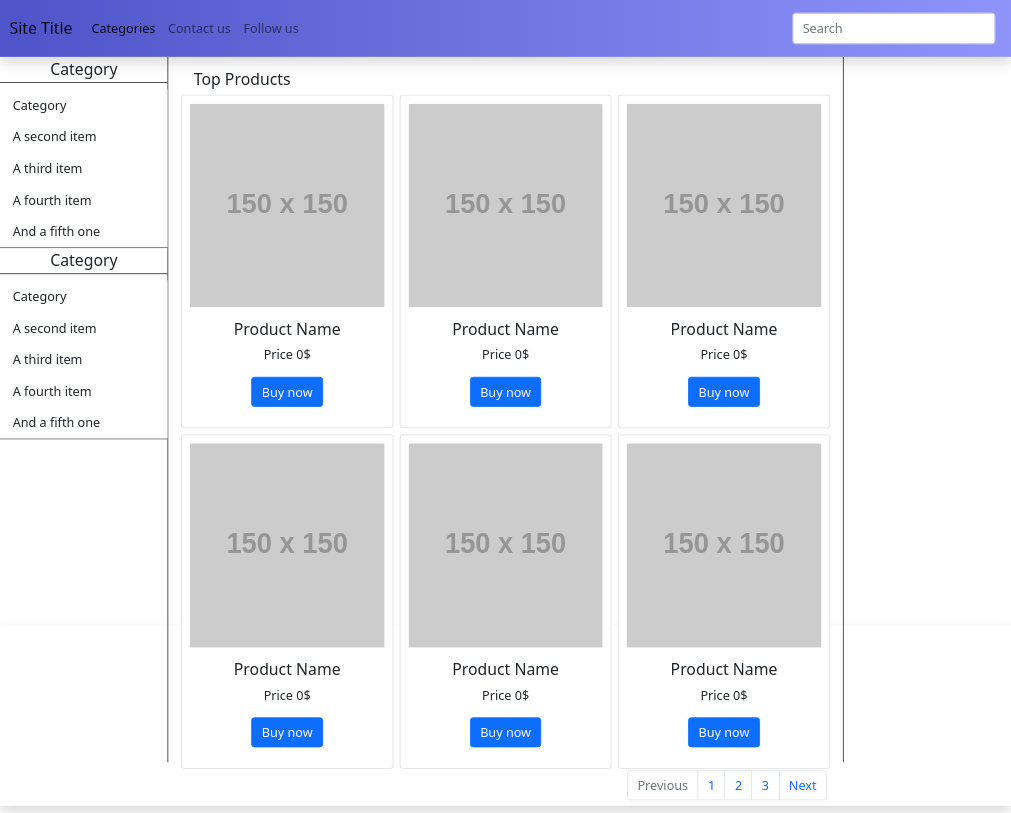
Repository: ttranhhoang/layoutBS
Page: layoutBS1/index.html
These files come from the project's save history. The page is drawn as it stood at one moment and after a run of saves; the edit follows.
The browser window is 1280 px wide. The pictures show the whole page, at 79% of full size.

Above is the page before, as saved 2022-04-24 22:53:55.

### layoutBS1/index.html
<!DOCTYPE html>
<html lang="en">
  <head>
    <meta charset="UTF-8" />
    <meta http-equiv="X-UA-Compatible" content="IE=edge" />
    <meta name="viewport" content="width=device-width, initial-scale=1.0" />
    <title>Layout BS</title>
    <link
      href="https://cdn.jsdelivr.net/npm/bootstrap@5.1.3/dist/css/bootstrap.min.css"
      rel="stylesheet"
      integrity="sha384-1BmE4kWBq78iYhFldvKuhfTAU6auU8tT94WrHftjDbrCEXSU1oBoqyl2QvZ6jIW3"
      crossorigin="anonymous"
    />
    <link rel="stylesheet" href="index.css" />
  </head>
  <body>
    <header class="header">
      <nav class="navbar navbar-expand-lg fixed-top shadow navbar-light">
        <div class="container-fluid">
          <a class="navbar-brand" href="#">Site Title</a>
          <button
            class="navbar-toggler"
            type="button"
            data-bs-toggle="offcanvas"
            data-bs-target="#navbarOffcanvasLg"
            aria-controls="navbarOffcanvasLg"
            aria-expanded="false"
            aria-label="Toggle navigation"
          >
            <span class="navbar-toggler-icon"></span>
          </button>

          <div
            class="offcanvas offcanvas-end"
            tabindex="-1"
            id="navbarOffcanvasLg"
            aria-labelledby="navbarOffcanvasLgLabel"
          >
            <div class="offcanvas-header">
              <h5 class="offcanvas-title" id="offcanvasNavbarLabel">
                Offcanvas
              </h5>
              <button
                type="button"
                class="btn-close text-reset"
                data-bs-dismiss="offcanvas"
                aria-label="Close"
              ></button>
            </div>
            <div class="offcanvas-body">
              <ul class="navbar-nav justify-content-start flex-grow-1 pe-3">
                <li class="nav-item">
                  <a class="nav-link active" aria-current="page" href="#"
                    >Categories</a
                  >
                </li>
                <li class="nav-item">
                  <a class="nav-link" href="#">Contact us</a>
                </li>
                <li class="nav-item">
                  <a class="nav-link" href="#">Follow us</a>
                </li>
              </ul>
              <form class="d-flex">
                <input
                  class="form-control me-2"
                  type="search"
                  placeholder="Search"
                  aria-label="Search"
                />
              </form>
            </div>
          </div>
        </div>
      </nav>
    </header>

    <div class="main">
      <div class="row h-100 g-0">
        <div class="col-md-2 text-center border-1 border-end border-dark">
          <h5 class="text-center text p-1 border-bottom border-1 border-dark">
            Category
          </h5>
          <ul
            class="list-group list-group-flush text-start border-bottom border-dark"
          >
            <li class="list-group-item border-0">Category</li>
            <li class="list-group-item border-0">A second item</li>
            <li class="list-group-item border-0">A third item</li>
            <li class="list-group-item border-0">A fourth item</li>
            <li class="list-group-item border-0">And a fifth one</li>
          </ul>

          <h5 class="text-center text p-1 border-bottom border-1 border-dark">
            Category
          </h5>
          <ul
            class="list-group list-group-flush text-start border-bottom border-dark"
          >
            <li class="list-group-item border-0">Category</li>
            <li class="list-group-item border-0">A second item</li>
            <li class="list-group-item border-0">A third item</li>
            <li class="list-group-item border-0">A fourth item</li>
            <li class="list-group-item border-0">And a fifth one</li>
          </ul>
        </div>
        <div class="col-md-8 p-3 text-center position-relative">
          <h5 class="text-start text-dark ps-3">Top Products</h5>
          <div class="row row-cols-1 row-cols-md-3 g-2 h-100">
            <div class="col">
              <div class="card h-100">
                <img
                  src="https://via.placeholder.com/150"
                  class="card-img-top h-75"
                  alt="..."
                />
                <div class="card-body">
                  <h5 class="card-title">Product Name</h5>
                  <p class="card-text">Price 0$</p>
                  <a href="#" class="btn btn-primary">Buy now</a>
                </div>
              </div>
            </div>

            <div class="col">
              <div class="card h-100">
                <img
                  src="https://via.placeholder.com/150"
                  class="card-img-top h-75"
                  alt="..."
                />
                <div class="card-body">
                  <h5 class="card-title">Product Name</h5>
                  <p class="card-text">Price 0$</p>
                  <a href="#" class="btn btn-primary">Buy now</a>
                </div>
              </div>
            </div>

            <div class="col">
              <div class="card h-100">
                <img
                  src="https://via.placeholder.com/150"
                  class="card-img-top h-75"
                  alt="..."
                />
                <div class="card-body">
                  <h5 class="card-title">Product Name</h5>
                  <p class="card-text">Price 0$</p>
                  <a href="#" class="btn btn-primary">Buy now</a>
                </div>
              </div>
            </div>

            <div class="col">
              <div class="card h-100">
                <img
                  src="https://via.placeholder.com/150"
                  class="card-img-top h-75"
                  alt="..."
                />
                <div class="card-body">
                  <h5 class="card-title">Product Name</h5>
                  <p class="card-text">Price 0$</p>
                  <a href="#" class="btn btn-primary">Buy now</a>
                </div>
              </div>
            </div>
            <div class="col">
              <div class="card h-100">
                <img
                  src="https://via.placeholder.com/150"
                  class="card-img-top h-75"
                  alt="..."
                />
                <div class="card-body">
                  <h5 class="card-title">Product Name</h5>
                  <p class="card-text">Price 0$</p>
                  <a href="#" class="btn btn-primary">Buy now</a>
                </div>
              </div>
            </div>
            <div class="col">
              <div class="card h-100">
                <img
                  src="https://via.placeholder.com/150"
                  class="card-img-top h-75"
                  alt="..."
                />
                <div class="card-body">
                  <h5 class="card-title">Product Name</h5>
                  <p class="card-text">Price 0$</p>
                  <a href="#" class="btn btn-primary">Buy now</a>
                </div>
              </div>
            </div>
            <div class="position-absolute bottom right">
              <nav aria-label="Page navigation example ">
                <ul class="pagination justify-content-end">
                  <li class="page-item disabled">
                    <a
                      class="page-link"
                      href="#"
                      tabindex="-1"
                      aria-disabled="true"
                      >Previous</a
                    >
                  </li>
                  <li class="page-item">
                    <a class="page-link" href="#">1</a>
                  </li>
                  <li class="page-item">
                    <a class="page-link" href="#">2</a>
                  </li>
                  <li class="page-item">
                    <a class="page-link" href="#">3</a>
                  </li>
                  <li class="page-item">
                    <a class="page-link" href="#">Next</a>
                  </li>
                </ul>
              </nav>
            </div>
          </div>
        </div>

        <div class="col-md-2 text-center border-1 border-start border-dark"></div>
      </div>
    </div>

    <footer class="footer bg-white shadow align-self-end py-3 px-xl-5 w-100">
      <div class="container-fluid py-5">
        <div class="row h-0 d-flex flex-column">
          <p class="text-center text-capitalize">footer infomation...</p>
          <div class="text-mutted text-center">
            <a class="text-capitalize">Link 1 |</a>
            <a class="text-capitalize">Link 2 |</a>
            <a class="text-capitalize">Link 3</a>
          </div>
        </div>
      </div>
    </footer>

    <script
      src="https://cdn.jsdelivr.net/npm/bootstrap@5.1.3/dist/js/bootstrap.bundle.min.js"
      integrity="sha384-ka7Sk0Gln4gmtz2MlQnikT1wXgYsOg+OMhuP+IlRH9sENBO0LRn5q+8nbTov4+1p"
      crossorigin="anonymous"
    ></script>
  </body>
</html>

### layoutBS1/index.css
*,
*::after,
*::before {
  box-sizing: border-box;
}
/* custom */
button.navbar-toggler:focus {
  box-shadow: none;
}
button[type="button"],
button[type="submit"],
button[class^="btn"]:focus {
  box-shadow: none;
}
button[class*="btn-outline"]:active:focus {
  box-shadow: none;
}

/* styles ui */
body {
  padding-top: 72px;
}
.main {
  height: 100vh;
}
nav.navbar {
  background: #4e54c8; /* fallback for old browsers */
  background: -webkit-linear-gradient(
    to left,
    #8f94fb,
    #4e54c8
  ); /* Chrome 10-25, Safari 5.1-6 */
  background: linear-gradient(
    to left,
    #8f94fb,
    #4e54c8
  ); /* W3C, IE 10+/ Edge, Firefox 16+, Chrome 26+, Opera 12+, Safari 7+ */
}
.navbar {
  padding-top: 1rem;
  padding-bottom: 1rem;
}
.navbar-light .navbar-toggler {
  border: none;
}
div.row {
  height: 100px;
}
.row .col div.card {
  padding: 10px;
}
.bottom {
  bottom: -4em;
}
.right {
  right: 1em;
}
.main {

}

After the next 4 saves:
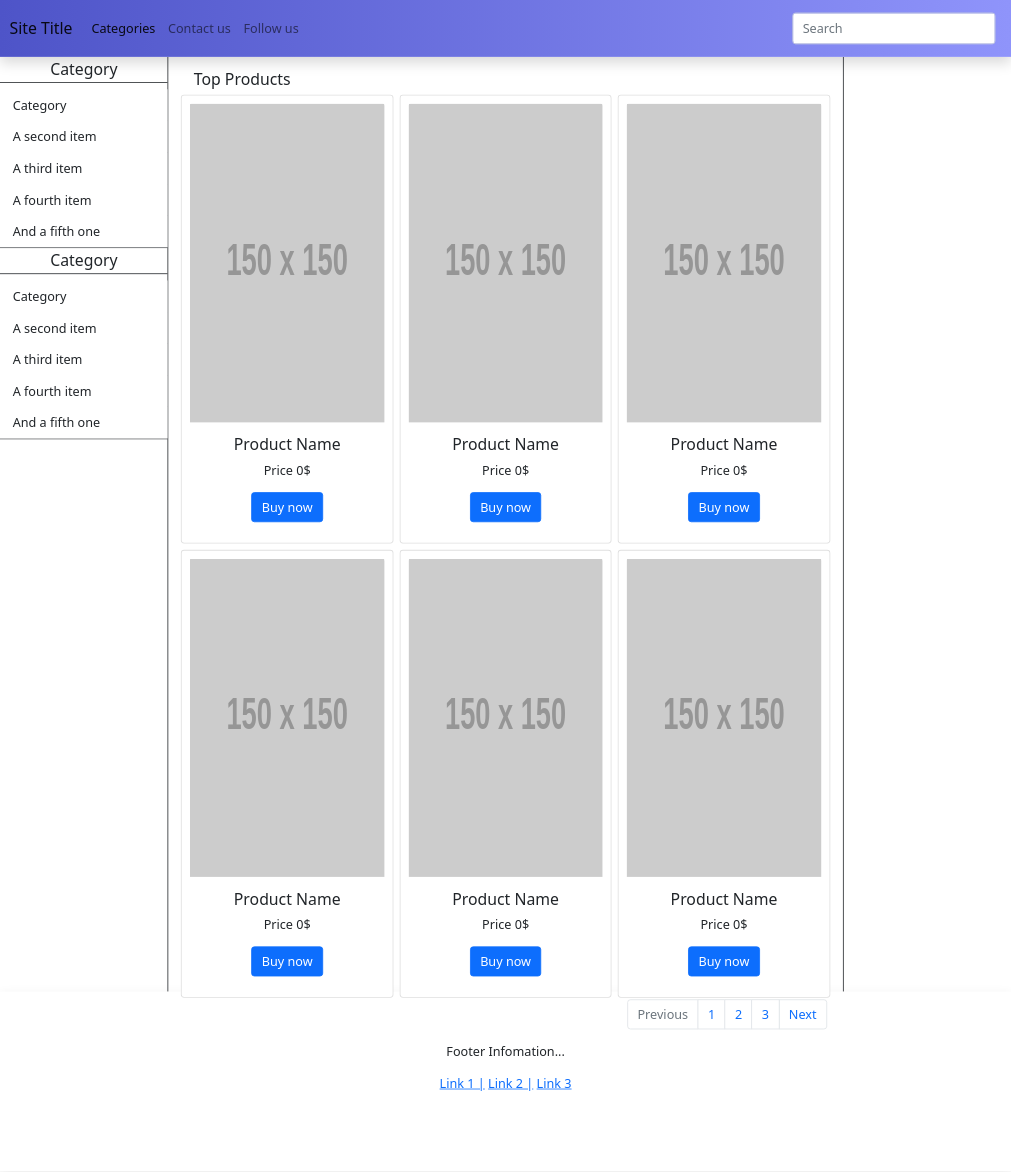
The 4 saves are shown as one change because they came seconds apart.
The last was saved 13 s later.
--- a/layoutBS1/index.css
+++ b/layoutBS1/index.css
@@ -56,5 +56,5 @@ div.row {
   right: 1em;
 }
 .main {
-
+  height: 1183px;
 }
